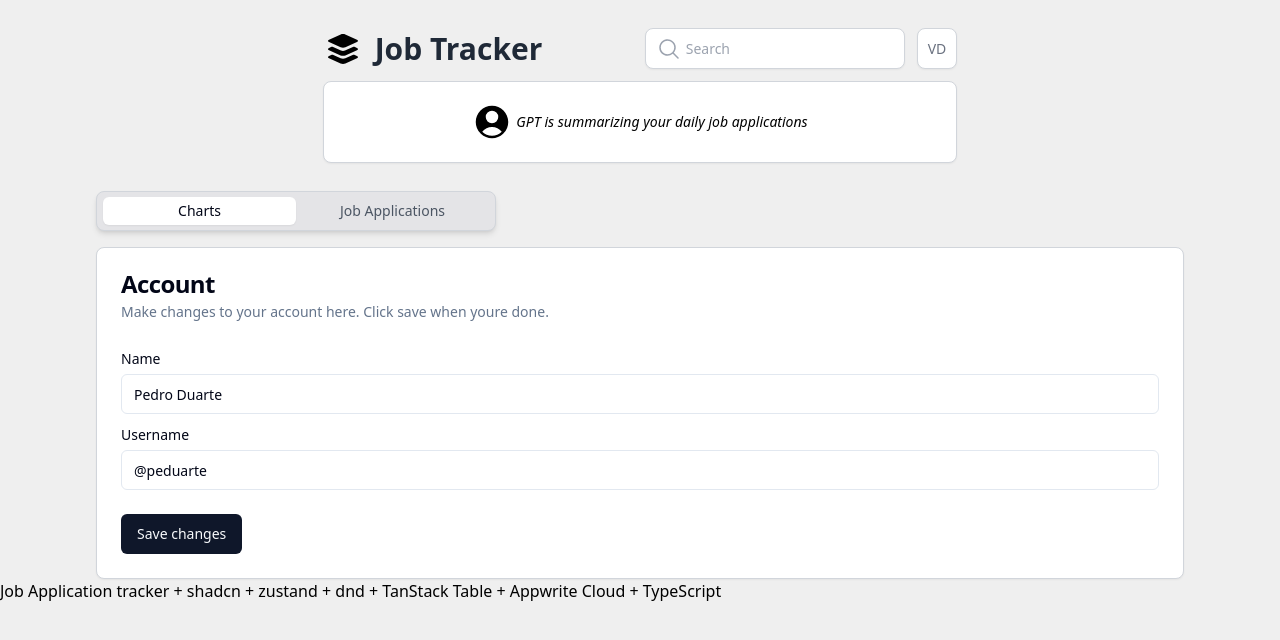
Repository: Vasil1001/job-applications-tracker-nextjs
Page: /
The author's editor kept a copy of each file at every save. The page is drawn from the files as they stood at one save, then again after a run of saves.
The browser window is 1280 px wide. The pictures show the whole page.
The project was rebuilt for these pictures with package versions that can differ from the ones it lists, and the page was loaded fresh each time. The framework's server and built-in components were replaced by stand-ins that run in the browser. Also part of the build but not shown: next.config.js.

Above is the page before, as saved 2023-06-24 19:11:23.

After the next 3 saves:
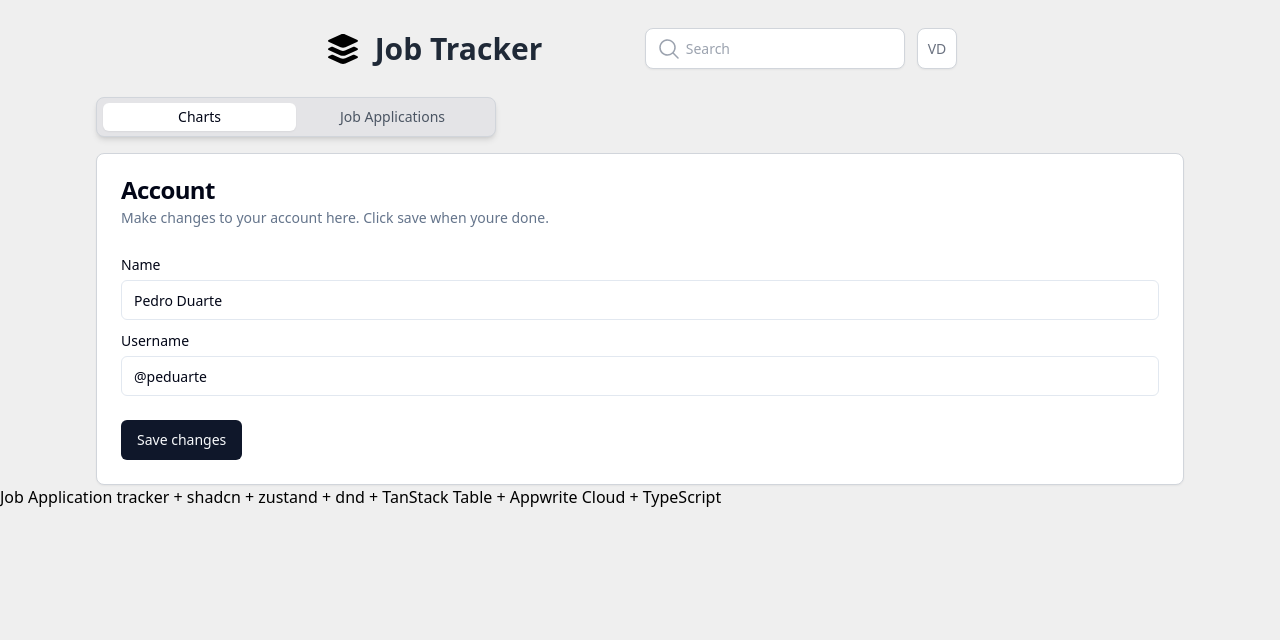
The 3 saves are shown as one change because they came seconds apart.
The last was saved 36 s later.
--- a/components/navbar/Navbar.tsx
+++ b/components/navbar/Navbar.tsx
@@ -46,12 +46,7 @@
           </div>
         </div>
 
-        <div className="flex w-full flex-1  md:justify-end mt-3">
-          <p className="flex flex-1 items-center justify-center text-sm font-light pr-5 shadow-sm rounded-lg p-5 w-fit bg-white italic border border-gray-300 hover:border-gray-300">
-            <UserCircleIcon className=" inline-block h-10 w-10 mr-1" />
-            GPT is summarizing your daily job applications
-          </p>
-        </div>
+
       </div>
     </div>
   );

After the save that followed:
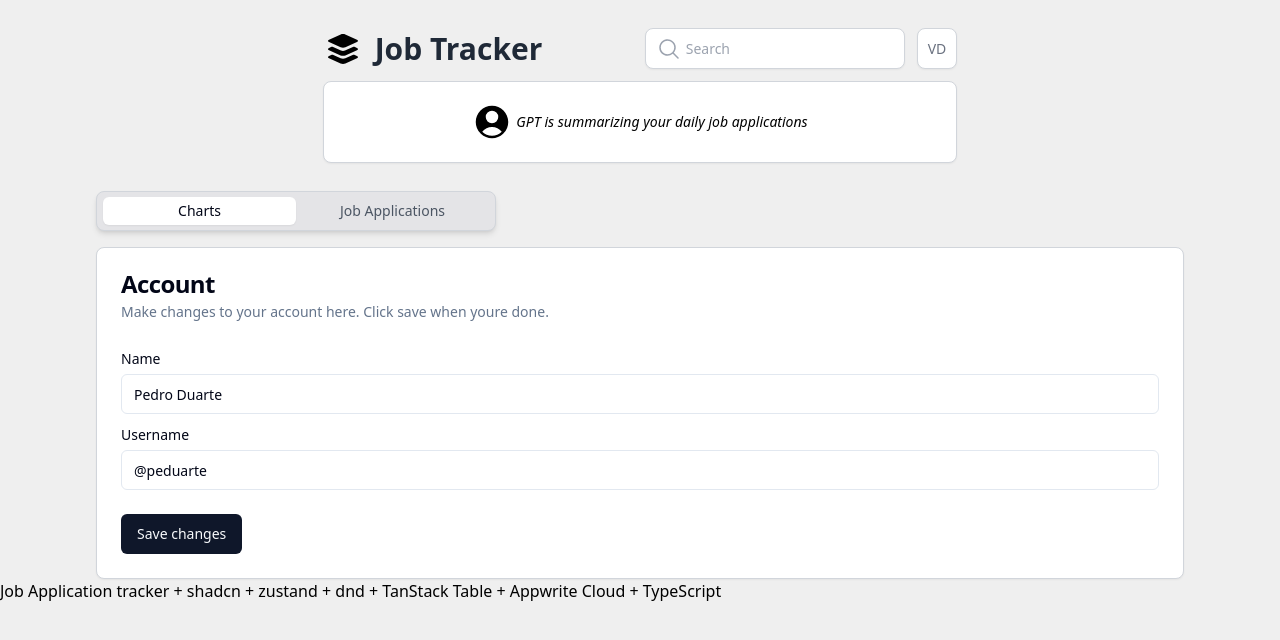
Saved 7 s later.
--- a/components/navbar/Navbar.tsx
+++ b/components/navbar/Navbar.tsx
@@ -46,7 +46,12 @@
           </div>
         </div>
 
-
+        <div className="flex w-full flex-1  md:justify-end mt-3">
+          <p className="flex flex-1 items-center justify-center text-sm font-light pr-5 shadow-sm rounded-lg p-5 w-fit bg-white italic border border-gray-300 hover:border-gray-300">
+            <UserCircleIcon className=" inline-block h-10 w-10 mr-1" />
+            GPT is summarizing your daily job applications
+          </p>
+        </div>
       </div>
     </div>
   );
